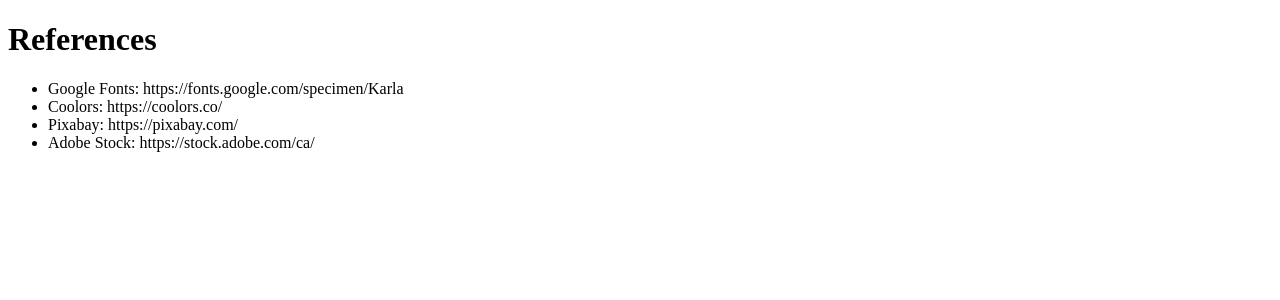
Repository: sarahjx/MDIA2106
Page: html/references.html
These files come from the project's save history. The page is drawn as it stood at one moment and after the next save; the edit follows.
The browser window is 1280 px wide. The pictures show the whole page.
Some web fonts or font styles are not loaded; a fallback is used.

Above is the page before, as saved 2025-04-03 10:53:07.

After the next save:
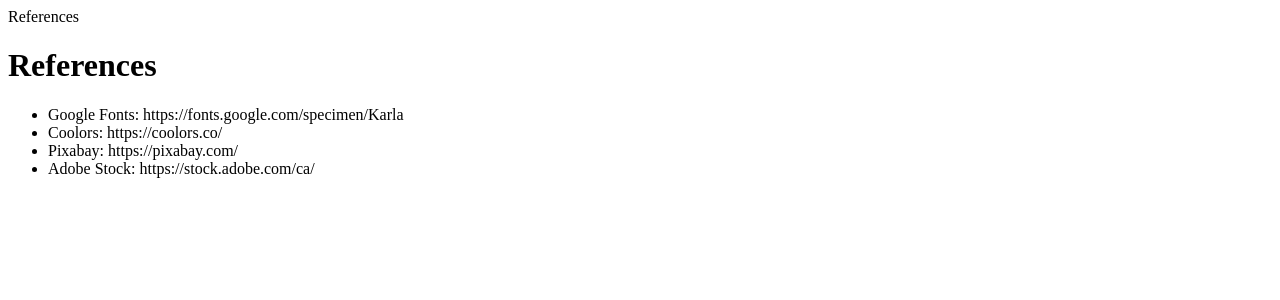
Saved 30 s later.
--- a/html/references.html
+++ b/html/references.html
@@ -4,6 +4,7 @@
     <meta charset="UTF-8">
     <meta name="viewport" content="width=device-width, initial-scale=1.0">
     <link href="https://fonts.googleapis.com/css2?family=Karla:ital,wght@0,200..800;1,200..800&family=Niconne&display=swap" rel="stylesheet">
+    <link rel=""stylesheet" href="styles.css"
     <title>References</title>
 </head>
 <body>

After the save that followed:
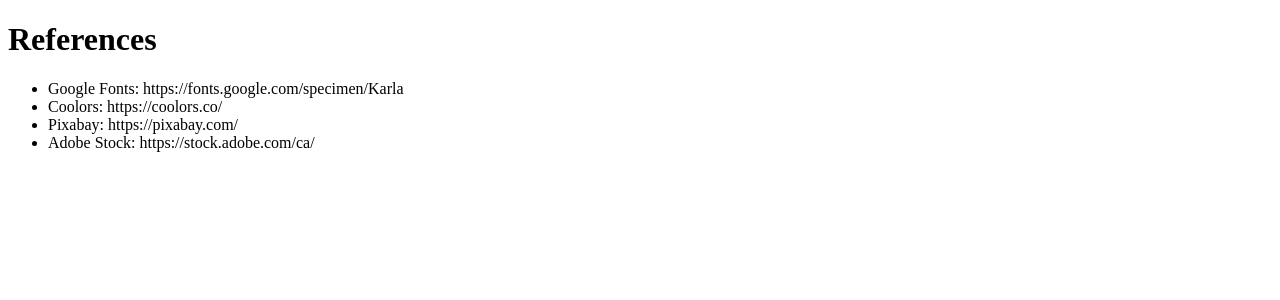
Saved 17 s later.
--- a/html/references.html
+++ b/html/references.html
@@ -4,7 +4,7 @@
     <meta charset="UTF-8">
     <meta name="viewport" content="width=device-width, initial-scale=1.0">
     <link href="https://fonts.googleapis.com/css2?family=Karla:ital,wght@0,200..800;1,200..800&family=Niconne&display=swap" rel="stylesheet">
-    <link rel=""stylesheet" href="styles.css"
+    <link rel=""stylesheet" href="css.styles.css">
     <title>References</title>
 </head>
 <body>
